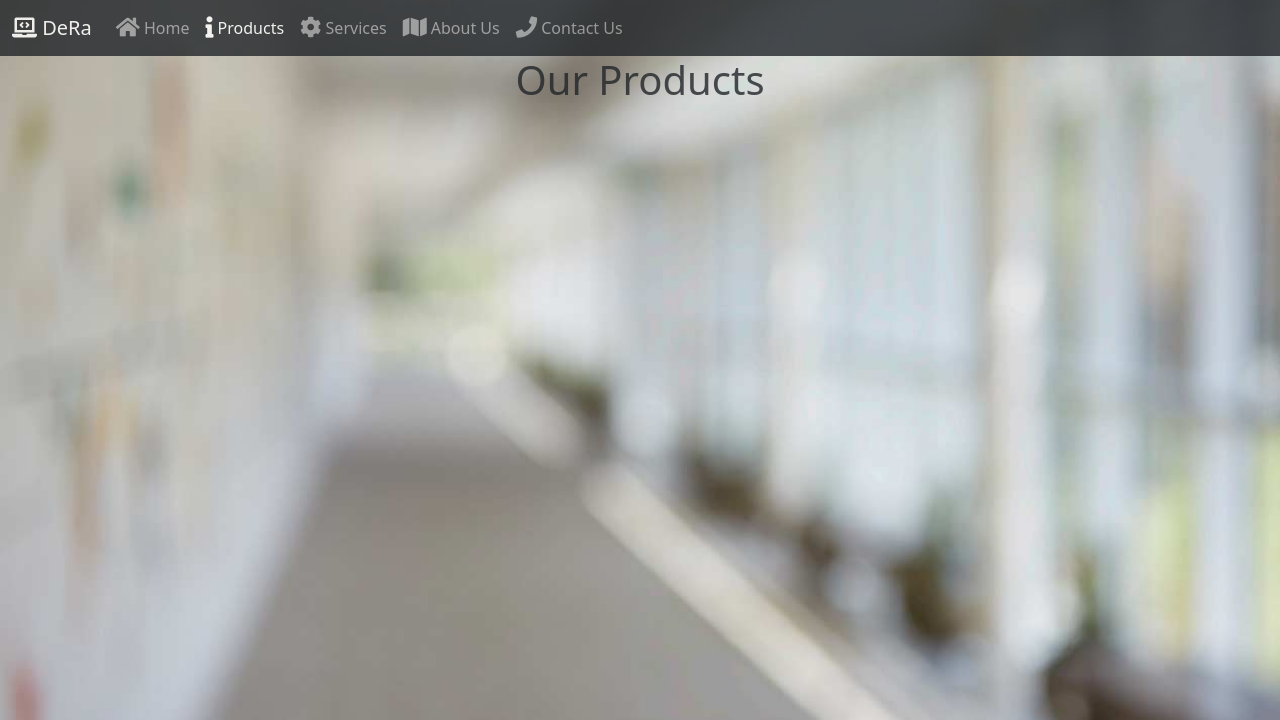
Repository: deividwsantoss/web6201-Lab1
Page: products.html
The author's editor kept a copy of each file at every save. The page is drawn from the files as they stood at one save, then again after the next save.
The browser window is 1280 px wide. The pictures show the whole page.

Above is the page before, as saved 2021-02-02 23:12:32.
Console error: TypeError: Cannot set properties of null (setting 'textContent')

After the next save:
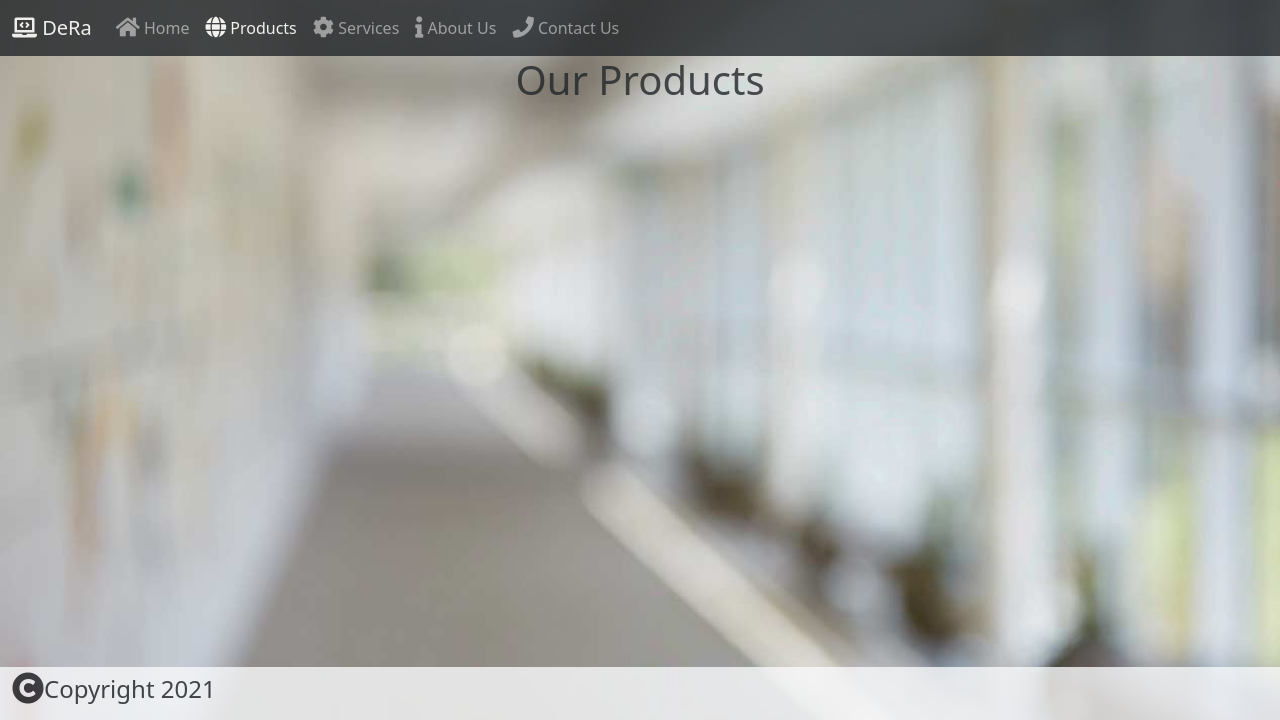
Saved 84 s later.
--- a/products.html
+++ b/products.html
@@ -25,13 +25,13 @@
                     <a class="nav-link " aria-current="page" href="Index.html"><i class="fas fa-home fa-lg"></i> Home</a>
                   </li>
                   <li class="nav-item">
-                    <a class="nav-link active" aria-current="page" href="products.html"><i class="fas fa-info fa-lg"></i> Products</a>
+                    <a class="nav-link active" aria-current="page" href="products.html"><i class="fas fa-globe fa-lg"></i> Products</a>
                   </li>
                   <li class="nav-item">
                     <a class="nav-link" aria-current="page" href="services.html"><i class="fas fa-cog fa-lg"></i> Services</a>
                   </li>
                   <li class="nav-item">
-                    <a class="nav-link" aria-current="page" href="about.html"><i class="fas fa-map fa-lg"></i> About Us</a>
+                    <a class="nav-link" aria-current="page" href="about.html"><i class="fas fa-info fa-lg"></i> About Us</a>
                   </li>
                   <li class="nav-item">
                     <a class="nav-link" aria-current="page" href="contact.html"><i class="fas fa-phone fa-lg"></i> Contact Us</a>
@@ -50,6 +50,15 @@
         <main class="container">
             <h1 class="text-center">Our Products</h1>
         </main>
+        <!-- Main Footer-->
+        <footer>
+          <nav class="navbar fixed-bottom navbar-light bg-light">
+              <div class="container-fluid">
+                  <h4><i class="fas fa-copyright fa-lg"></i>Copyright 2021 </h4>
+              </div>
+            </nav>
+
+      </footer>
 
     <!--- Script Section-->
     <script src="./node_modules/bootstrap/dist/js/bootstrap.bundle.min.js"></script>
